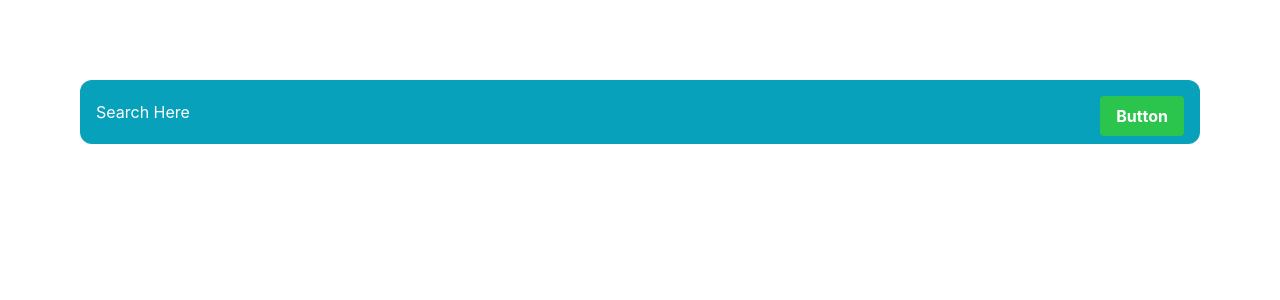
Repository: arafatmollah/pharma
Page: /
An editor plug-in stored every save of this project. The page is shown before and after a run of saves, followed by the edit.
The browser window is 1280 px wide. The pictures show the whole page.
The project was rebuilt for these pictures with package versions that can differ from the ones it lists, and the page was loaded fresh each time.

Above is the page before, as saved 2023-03-12 01:10:53.

### src/App.js

import './App.css';
import Nav from './Nav';

function App() {
  return (
    <div className="App">
      <Nav></Nav>
    </div>
  );
}

export default App;

### src/App.css
.box-border{
    background-color: #08A1BC;
}
.btn {
    @apply font-bold py-2 px-4 rounded;
    background-color: #2BC44C;
    color: white;
  }
  .btn-blue {
    @apply bg-blue-500 text-white;
  }
  .btn-blue:hover {
    @apply bg-blue-700;
  }

### src/Nav.js
import React from 'react'
import './App.css';

function Nav() {
  return (
    <div>
        <div className='box-border h-16 w-100 p-4 m-20 rounded-xl'>
          <div className='flex justify-between align-middle'>
                <p className='text-white mt-1'>Search Here</p>
                <button class="btn mb-1"> Button</button>
          </div>
        </div>
        <div>

        </div>
    </div>
  )
}

export default Nav

Loaded but not shown: public/index.html (common file); src/index.js (common file); src/index.css (common file); src/reportWebVitals.js (common file); tailwind.config.js (common file)

After the next 5 saves:
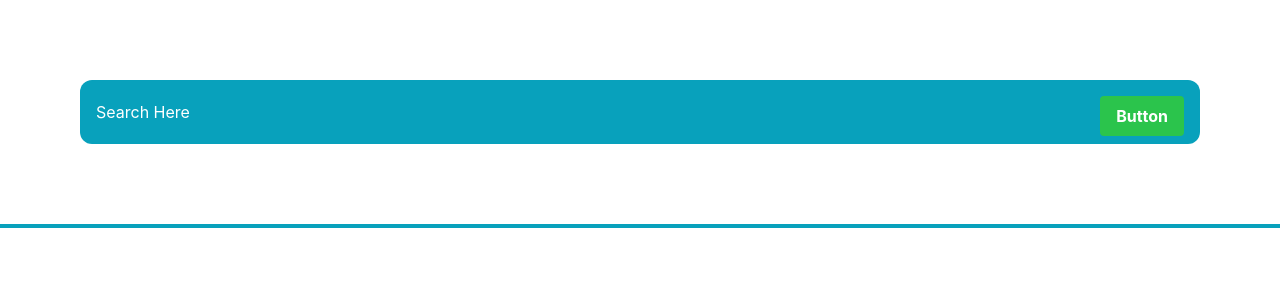
The 5 saves are shown as one change because they came seconds apart.
The last was saved 14 s later.
--- a/src/Nav.js
+++ b/src/Nav.js
@@ -10,7 +10,7 @@ function Nav() {
                 <button class="btn mb-1"> Button</button>
           </div>
         </div>
-        <div>
+        <div className='box-border h-1'>
 
         </div>
     </div>
